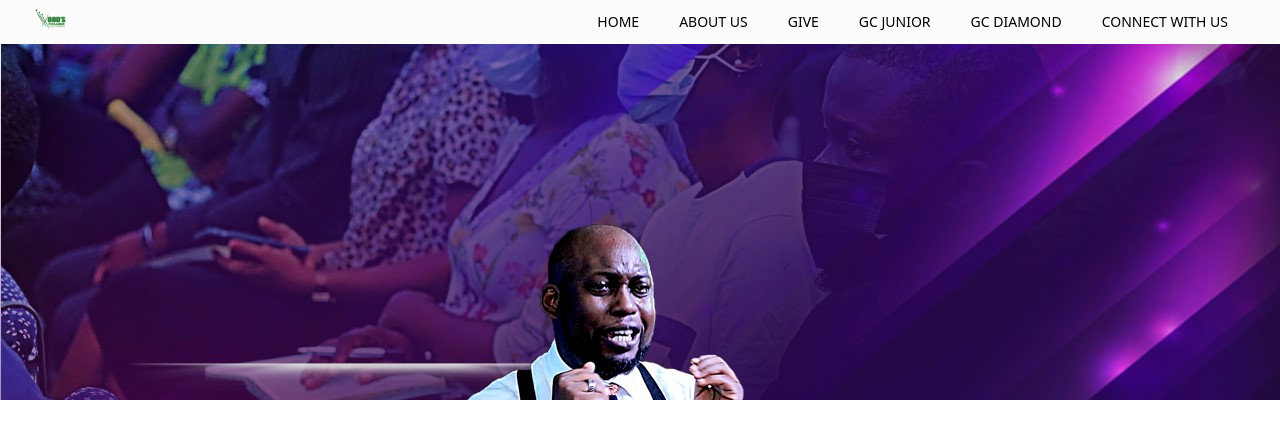
Repository: hisreal123/godschamber-church-main
Page: /
An editor plug-in stored every save of this project. The page is shown before and after the next save, followed by the edit.
The browser window is 1280 px wide. The pictures show the whole page.
The project was rebuilt for these pictures with package versions that can differ from the ones it lists, and the page was loaded fresh each time. The framework's server and built-in components were replaced by stand-ins that run in the browser. Also part of the build but not shown: next.config.js.

Above is the page before, as saved 2022-08-14 22:37:18.

### pages/index.tsx
import type { NextPage } from "next";
import Head from "next/head";
import Banner from "../components/Banner";
import Footer from "../components/Footer";

import Header from "../components/Header";

const Home: NextPage = () => {
  return (
    <div className="">
      <Head>
        <title>Create Next App</title>
        <meta name="description" content="Generated by create next app" />
        <link rel="icon" href="/favicon.ico" />
      </Head>

      <Header />
      <Banner />
    </div>
  );
};

export default Home;

### components/Banner.tsx
import React from "react";

const Banner = () => {
  return (
    <div className=" bg-[url('/assets/Banner.jpg')] bg-no-repeat bg-center  bg-gray-500 bg-cover min-w-screen relative h-[400px] "></div>
  );
};

export default Banner;

### components/Header.tsx
import React, { useState, useEffect } from "react";
import logo from "/public/assets/PageLogo.png";
import Nav from "./Navs";
import Image from "next/image";
import { BiMenu } from "react-icons/bi";
import HamBuger from "./HamBuger";

const Header = () => {
  const [toggle, setToggle] = useState(true);

  // function to handle toggle and set toggle to opposite of it
  const handleToggle = () => {
    setToggle(!toggle);
  };

  useEffect(() => {
    console.log(" Consoled !!!");
  }, []);

  //  variable style for CustomStyle from ListItems Component
  const LinkStyle =
    " w-full block py-3 px-0 hover:text-white hover:bg-[#0C4E12] pl-2 text-sm md:px-5 md:m-0 md:bg-[transparent]";

  return (
    <div className="z-10 fixed top-0 w-full bg-[#FBFBFB] md:flex justify-between md:items-center ">
      <div className="mobile bg-[#222222] md:bg-[#fbfbfb] relative flex items-center  px-3 justify-between w-full md:px-8   ">
        <a href="http://www.facebok.com" className="">
          <Image
            src={logo}
            alt=" Page logo"
            height="35"
            width="38"
            // layout=" fixed "
            objectFit="contain"
          />
        </a>

        {/* <div className=" md:hidden" onClick={handleToggle}>
          <BiMenu size="2rem" color="white" />
        </div> */}

        <div className="md:hidden">
          <HamBuger handleClick={handleToggle} />
        </div>

        <div className="hidden md:flex md:items-center transition-all">
          <Nav url="www.fb.com " item="HOME" CustomStyle={LinkStyle} />
          <Nav url="www.fb.com " item="ABOUT US" CustomStyle={LinkStyle} />
          <Nav url="www.fb.com " item="GIVE" CustomStyle={LinkStyle} />
          <Nav url="www.fb.com " item="GC JUNIOR" CustomStyle={LinkStyle} />
          <Nav url="www.fb.com " item="GC DIAMOND" CustomStyle={LinkStyle} />
          <Nav
            url="www.fb.com "
            item="CONNECT WITH US "
            CustomStyle={LinkStyle}
          />
        </div>
      </div>

      {/* nav List */}
      {!toggle && (
        <div className="transition-all">
          <Nav url="www.fb.com " item="HOME" CustomStyle={LinkStyle} />
          <Nav url="www.fb.com " item="ABOUT US" CustomStyle={LinkStyle} />
          <Nav url="www.fb.com " item="GIVE" CustomStyle={LinkStyle} />
          <Nav url="www.fb.com " item="GC JUNIOR" CustomStyle={LinkStyle} />
          <Nav url="www.fb.com " item="GC DIAMOND" CustomStyle={LinkStyle} />
        </div>
      )}
    </div>
  );
};

export default Header;

### components/Navs.tsx
import React from "react";
import ListItems from "./ListItems";
import { NavProps } from "./NavProps";

const Nav = (props: NavProps) => {
  return (
    <nav className="">
      <ListItems
        url={props.url}
        item={props.item}
        CustomStyle={props.CustomStyle}
      />
    </nav>
  );
};

export default Nav;

// TODO: Passed the  Listitem into this Parent component and passed same to Header Component ,since we could reuse the ListItem component in the Footer also

### components/HamBuger.tsx
import React, { useState } from "react";

// TODO: Fix toggle from whatever

type HamBugerProps = {
  handleClick: () => {};
  toggle: string;
};
const HamBuger: React.FC<HamBugerProps> = ({ handleClick, toggle }) => {
  const [swap, setSwap] = useState(true);

  return (
    <div className="group" onClick={handleClick}>
      <div className=" bg-slate-100 h-[.1rem] w-6 mb-[.4rem] group-hover:mt-[.3rem] group-hover:rotate-[45deg] group-hover:m-0 "></div>
      <div className=" bg-slate-100 h-[.1rem] w-6  group-hover:mb-[.3rem ] group-hover:bg-red-400 group-hover:-rotate-[45deg]"></div>
      <div className=" bg-slate-100 h-[.1rem] w-6  mt-[.4rem] group-hover:hidden"></div>
    </div>
  );
};

export default HamBuger;

### components/ListItems.tsx
import React from "react";
import { NavProps } from "./NavProps";

const ListItems = (props: NavProps) => {
  return (
    <div className=" ">
      <a href={props.url} key={props.item} className={props.CustomStyle}>
        {props.item}
      </a>
    </div>
  );
};

export default ListItems;

### tailwind.config.js
/** @type {import('tailwindcss').Config} */
module.exports = {
  content: [
    "./pages/**/*.{js,ts,jsx,tsx}",
    "./components/**/*.{js,ts,jsx,tsx}",
  ],
  theme: {
    extend: {
      backgroundImage: {
        Main: "url('/public/assets/banner.jpg')",
      },
    },
  },
  plugins: [],
};

Loaded but not shown: pages/_app.tsx (common file); styles/globals.css (common file)

After the next save:
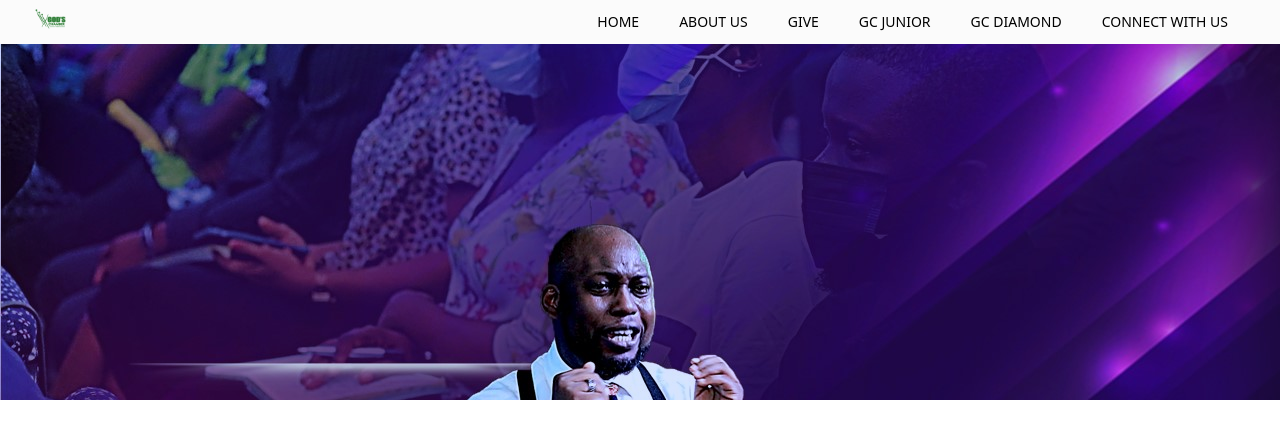
Saved 72 s later.
--- a/components/Banner.tsx
+++ b/components/Banner.tsx
@@ -2,7 +2,7 @@ import React from "react";
 
 const Banner = () => {
   return (
-    <div className=" bg-[url('/assets/Banner.jpg')] bg-no-repeat bg-center  bg-gray-500 bg-cover min-w-screen relative h-[400px] "></div>
+    <div className=" bg-[url('/assets/Banner.jpg')] bg-no-repeat bg-center  bg-gray-500 bg-cover min-w-screen relative h-[400px] bg-blend-overlay	"></div>
   );
 };
 
